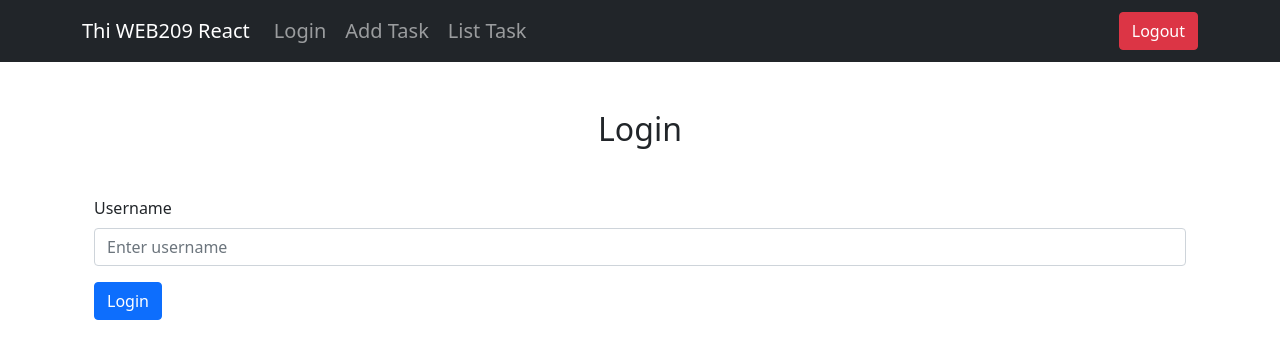
Repository: Lemon-ooo/PersonalTaskManager
Page: /login
An editor plug-in stored every save of this project. The page is shown before and after the next save, followed by the edit.
The browser window is 1280 px wide. The pictures show the whole page.
The project was rebuilt for these pictures with package versions that can differ from the ones it lists, and the page was loaded fresh each time. Also part of the build but not shown: vite.config.ts, src/page/TaskList.tsx, src/page/TaskAdd.tsx, src/page/TaskEdit.tsx.

Above is the page before, as saved 2025-07-26 19:05:37.

### index.html
<!DOCTYPE html>
<html lang="en">
  <head>
    <meta charset="UTF-8" />
    <link rel="icon" type="image/svg+xml" href="/vite.svg" />
    <meta name="viewport" content="width=device-width, initial-scale=1.0" />
    <title>WEB209 REACT - HOADV</title>
    <link
      href="https://cdn.jsdelivr.net/npm/bootstrap@5.0.2/dist/css/bootstrap.min.css"
      rel="stylesheet"
      integrity="sha384-EVSTQN3/azprG1Anm3QDgpJLIm9Nao0Yz1ztcQTwFspd3yD65VohhpuuCOmLASjC"
      crossorigin="anonymous"
    />
  </head>
  <body>
    <div id="root"></div>
    <script type="module" src="/src/main.tsx"></script>
  </body>
</html>

### src/App.tsx
import { Toaster } from "react-hot-toast";
import { Link, useRoutes } from "react-router-dom";
import TaskList from "./page/TaskList";
import Login from "./page/Login";
import TaskAdd from "./page/TaskAdd";
import TaskEdit from "./page/TaskEdit";

function App() {
  const routes = useRoutes([
    { path: "/", element: <TaskList /> },
    { path: "login", element: <Login /> },
    { path: "task/list", element: <TaskList /> },
    { path: "task/add", element: <TaskAdd /> },
    { path: "task/edit/:id", element: <TaskEdit /> },
  ]);
  return (
    <>
      <nav className="navbar navbar-dark bg-dark navbar-expand-lg">
        <div className="container">
          <span className="navbar-brand">Thi WEB209 React</span>
          <div className="collapse navbar-collapse" id="navbarNav">
            <ul
              className="navbar-nav me-auto mb-2 mb-lg-0"
              style={{ gap: 3, fontSize: 20 }}
            >
              <li className="nav-item">
                <Link className="nav-link" to="/login">
                  Login
                </Link>
              </li>
              <li className="nav-item">
                <Link className="nav-link" to="/task/add">
                  Add Task
                </Link>
              </li>
              <li className="nav-item">
                <Link className="nav-link" to="/task/list">
                  List Task
                </Link>
              </li>
            </ul>
          </div>
          <button className="btn btn-danger">Logout</button>
        </div>
      </nav>
      <div className="container">{routes}</div>
      <Toaster />
    </>
  );
}

export default App;

### src/page/Login.tsx
import React from "react";
import AuthForm from "../components/AuthForm";
import { useAuth } from "../hooks/useAuth";
import { User } from "../services/auth";

export default function LoginPage() {
  const { handleLogin } = useAuth();

  const onSubmit = (data: User) => {
    handleLogin(data);
  };

  return (
    <div className="mt-5">
      <h2 className="text-center">Login</h2>
      <AuthForm onSubmit={onSubmit} />
    </div>
  );
}

### src/components/AuthForm.tsx
import React from "react";
import { useForm } from "react-hook-form";
import { User } from "../services/auth";

type Props = {
  onSubmit: (data: User) => void;
};

export default function AuthForm({ onSubmit }: Props) {
  const { register, handleSubmit } = useForm<User>();

  return (
    <form onSubmit={handleSubmit(onSubmit)} className="container mt-5">
      <div className="mb-3">
        <label htmlFor="username" className="form-label">
          Username
        </label>
        <input
          type="text"
          id="username"
          className="form-control"
          placeholder="Enter username"
          {...register("username", { required: true })}
        />
      </div>

      <button type="submit" className="btn btn-primary">
        Login
      </button>
    </form>
  );
}

### src/hooks/useAuth.ts
import { User } from "../services/auth";
import toast from "react-hot-toast";
import { useNavigate } from "react-router-dom";

export function useAuth() {
  const nav = useNavigate();

  function handleLogin(user: User) {
    localStorage.setItem("user", JSON.stringify(user));
    toast.success("Login successful");
    nav("/");
  }

  function handleLogout() {
    localStorage.removeItem("user");
    toast.success("Logged out");
    nav("/login");
  }

  function getCurrentUser(): User | null {
    const stored = localStorage.getItem("user");
    return stored ? JSON.parse(stored) : null;
  }

  return {
    handleLogin,
    handleLogout,
    getCurrentUser,
  };
}

Loaded but not shown: src/main.tsx (common file); src/index.css (no stored copy; drawn as an empty file)

After the next save:
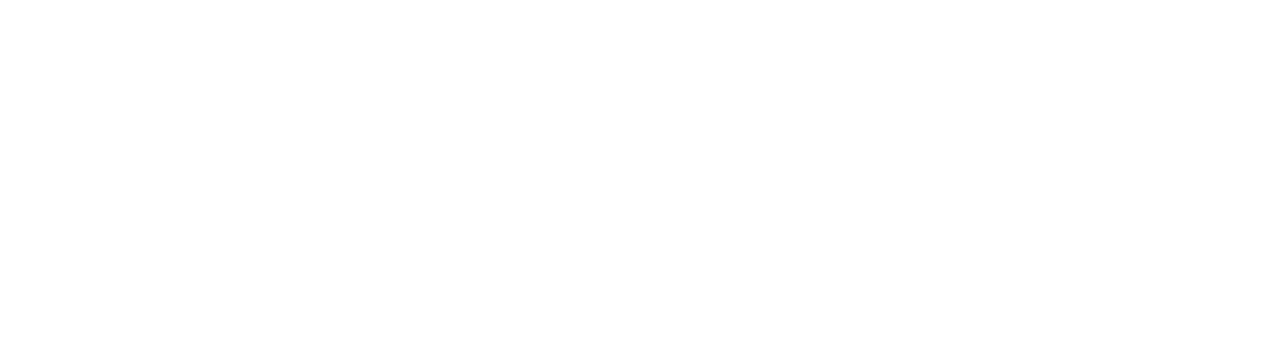
Console error: ReferenceError: register is not defined
Saved 118 s later.
--- a/src/components/AuthForm.tsx
+++ b/src/components/AuthForm.tsx
@@ -7,7 +7,7 @@
 };
 
 export default function AuthForm({ onSubmit }: Props) {
-  const { register, handleSubmit } = useForm<User>();
+  const { handleSubmit } = useForm<User>();
 
   return (
     <form onSubmit={handleSubmit(onSubmit)} className="container mt-5">

After the save that followed:
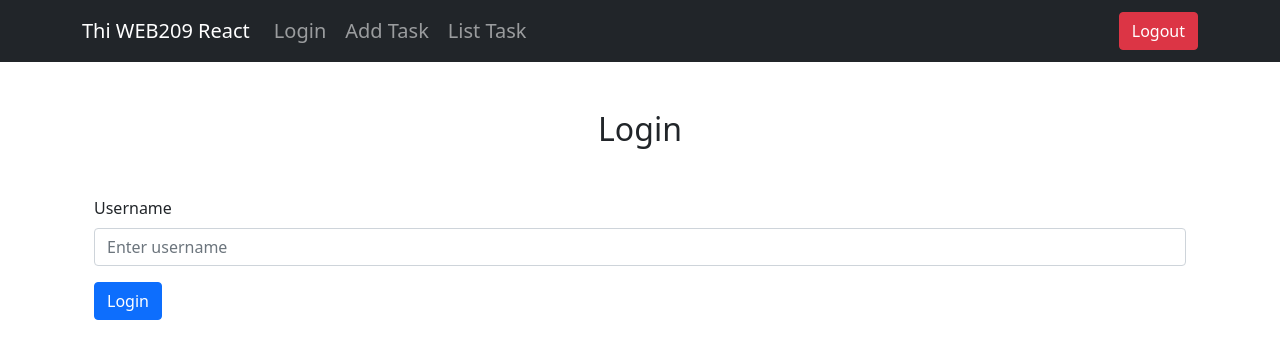
The error is gone.
Saved 5 s later.
--- a/src/components/AuthForm.tsx
+++ b/src/components/AuthForm.tsx
@@ -7,7 +7,7 @@
 };
 
 export default function AuthForm({ onSubmit }: Props) {
-  const { handleSubmit } = useForm<User>();
+  const { register, handleSubmit } = useForm<User>();
 
   return (
     <form onSubmit={handleSubmit(onSubmit)} className="container mt-5">
